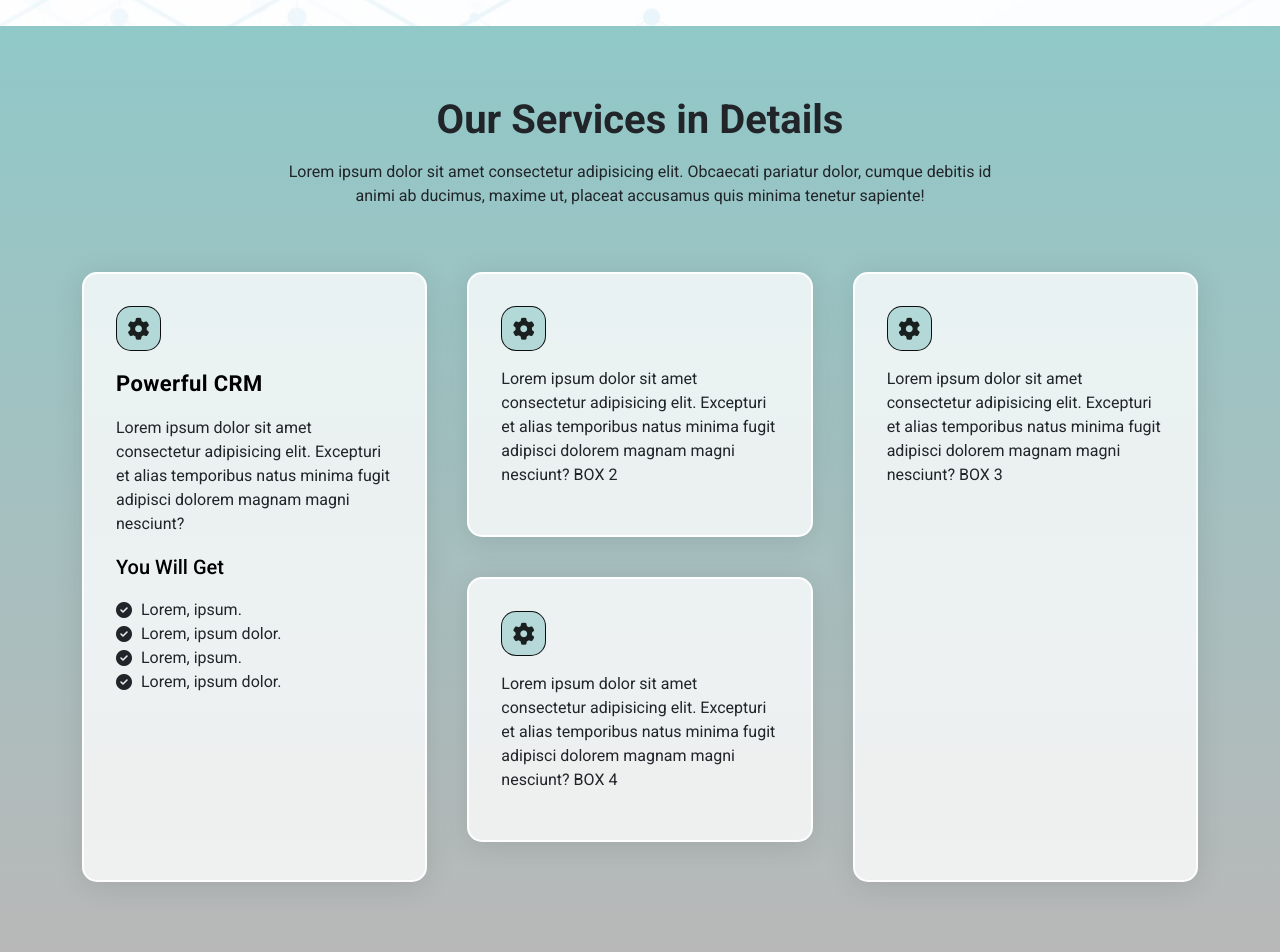
Repository: nazmulalok/landing-page-angelio
Page: index.html
An editor plug-in stored every save of this project. The page is shown before and after the next save, followed by the edit.
The browser window is 1280 px wide. The pictures show the part of the page from y = 2036 to 2988 px (the page is 2988 px tall before and 2927 px after).
A picture or video elsewhere on the page could not be fetched, so the positions and the page height are approximate.

Above is the page before, as saved 2022-09-21 15:50:11.

After the next save:
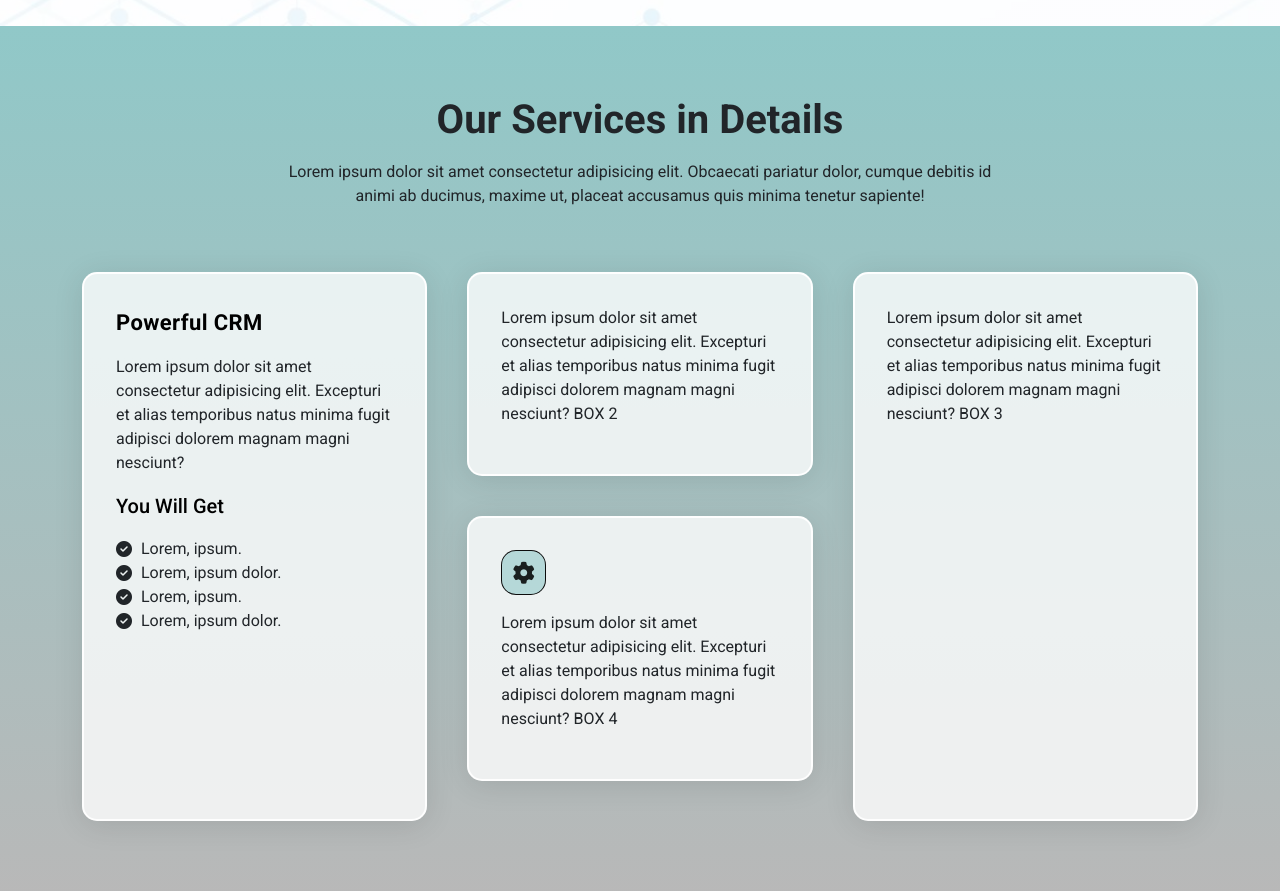
Saved 19 h 30 min later.
--- a/index.html
+++ b/index.html
@@ -185,9 +185,7 @@
                 </div>
                 <div class="service-details-grid">
                     <div class="service-details-box main-service-card">
-                        <div class="service-details-icon mb-3">
-                            <i class="fa fa-cog" aria-hidden="true"></i>
-                        </div>
+
                         <div class="details-title">
                             Powerful CRM
                         </div>
@@ -204,16 +202,12 @@
                         </ul>
                     </div>
                     <div class="service-details-box">
-                        <div class="service-details-icon mb-3">
-                            <i class="fa fa-cog" aria-hidden="true"></i>
-                        </div>
+
                         <p>Lorem ipsum dolor sit amet consectetur adipisicing elit. Excepturi et alias temporibus natus
                             minima fugit adipisci dolorem magnam magni nesciunt? BOX 2</p>
                     </div>
                     <div class="service-details-box main-service-card">
-                        <div class="service-details-icon mb-3">
-                            <i class="fa fa-cog" aria-hidden="true"></i>
-                        </div>
+
                         <p>Lorem ipsum dolor sit amet consectetur adipisicing elit. Excepturi et alias temporibus natus
                             minima fugit adipisci dolorem magnam magni nesciunt? BOX 3</p>
                     </div>
